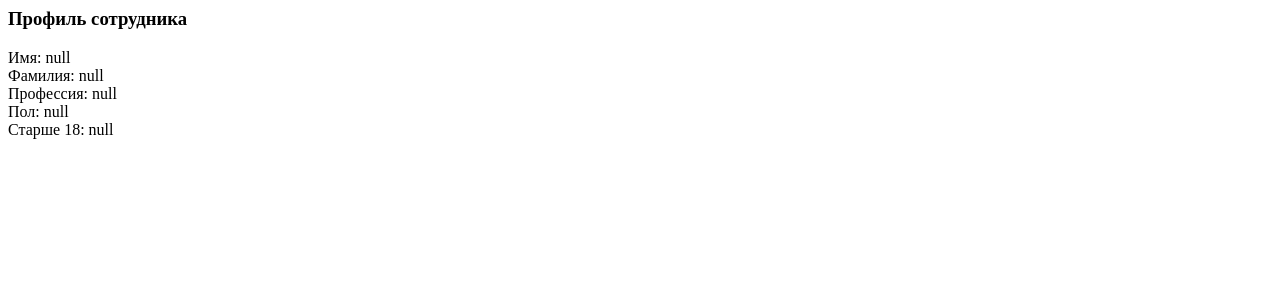
Repository: Marat1988/ExampleProgrammingLanguage
Page: http://localhost/WebApp/MyServlet
The author's editor kept a copy of each file at every save. The page is drawn from the files as they stood at one save, then again after the next save.
The browser window is 1280 px wide. The pictures show the whole page.
The page is served by Tomcat 10. Other server files are loaded and not shown.

Above is the page before, as saved 2023-08-16 12:00:45.

### Java/JavaEE/WebApp/src/main/java/ru/unlimit/MyServlet.java
package ru.unlimit;

import jakarta.servlet.ServletException;
import jakarta.servlet.annotation.WebServlet;
import jakarta.servlet.http.HttpServlet;
import jakarta.servlet.http.HttpServletRequest;
import jakarta.servlet.http.HttpServletResponse;
import java.io.IOException;
import java.io.PrintWriter;


@WebServlet(value="/MyServlet", description="Мое описание сервлета", displayName="My display")
public class MyServlet extends HttpServlet {
	private static final long serialVersionUID = 1L;

	protected void doGet(HttpServletRequest request, HttpServletResponse response) throws ServletException, IOException {
		System.out.println("Info");

		String name = request.getParameter("firstName");
		String surname = request.getParameter("secondName");
		String job = request.getParameter("job");
		String gender = request.getParameter("gender");
		String age18 = request.getParameter("age18");

		System.out.println("Имя: " + name);
		System.out.println("Фамилия: " + surname);
		System.out.println("Профессия: " + job);
		System.out.println("Пол: " + gender);
		System.out.println("Старше 18 лет: " + age18);


		//response.setContentType("text/html");
		//response.setCharacterEncoding("UTF-8");

		response.setContentType("text/html;charset=utf-8");


		PrintWriter out = response.getWriter();
		out.println("<h3>Профиль сотрудника</h3>");
		out.println("Имя: " + name + "<br>");
		out.println("Фамилия: " + surname + "<br>");
		out.println("Профессия: " + job + "<br>");
		out.println("Пол: " + gender + "<br>");
		out.println("Старше 18: " + age18 + "<br>");
		out.close();
	}

	protected void doPost(HttpServletRequest request, HttpServletResponse response) throws ServletException, IOException {
		System.out.println("Info");
		request.setCharacterEncoding("UTF-8");
		String name = request.getParameter("firstName");
		String surname = request.getParameter("secondName");

		System.out.println(name);
		System.out.println(surname);

		//response.setContentType("text/html");
		//response.setCharacterEncoding("UTF-8");

		response.setContentType("text/html;charset=utf-8");


		PrintWriter out = response.getWriter();
		out.println("<h3>Профиль сотрудника</h3>");
		out.println("Имя: " + name + "<br>");
		out.println("Фамилия: " + surname + "<br>");
		out.close();
	}

}

After the next save:
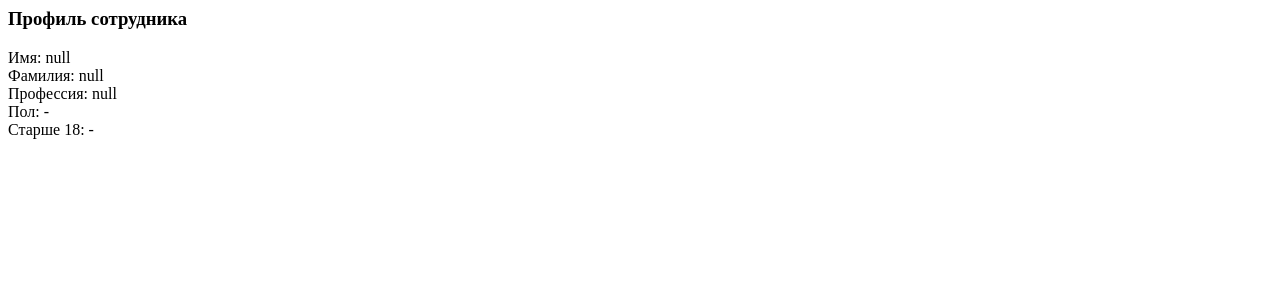
Saved 3 min 55 s later.
--- a/Java/JavaEE/WebApp/src/main/java/ru/unlimit/MyServlet.java
+++ b/Java/JavaEE/WebApp/src/main/java/ru/unlimit/MyServlet.java
@@ -20,7 +20,13 @@ public class MyServlet extends HttpServlet {
 		String surname = request.getParameter("secondName");
 		String job = request.getParameter("job");
 		String gender = request.getParameter("gender");
+		if (gender == null) {
+			gender = "-";
+		}
 		String age18 = request.getParameter("age18");
+		if (age18 == null) {
+			age18 = "-";
+		}
 
 		System.out.println("Имя: " + name);
 		System.out.println("Фамилия: " + surname);
